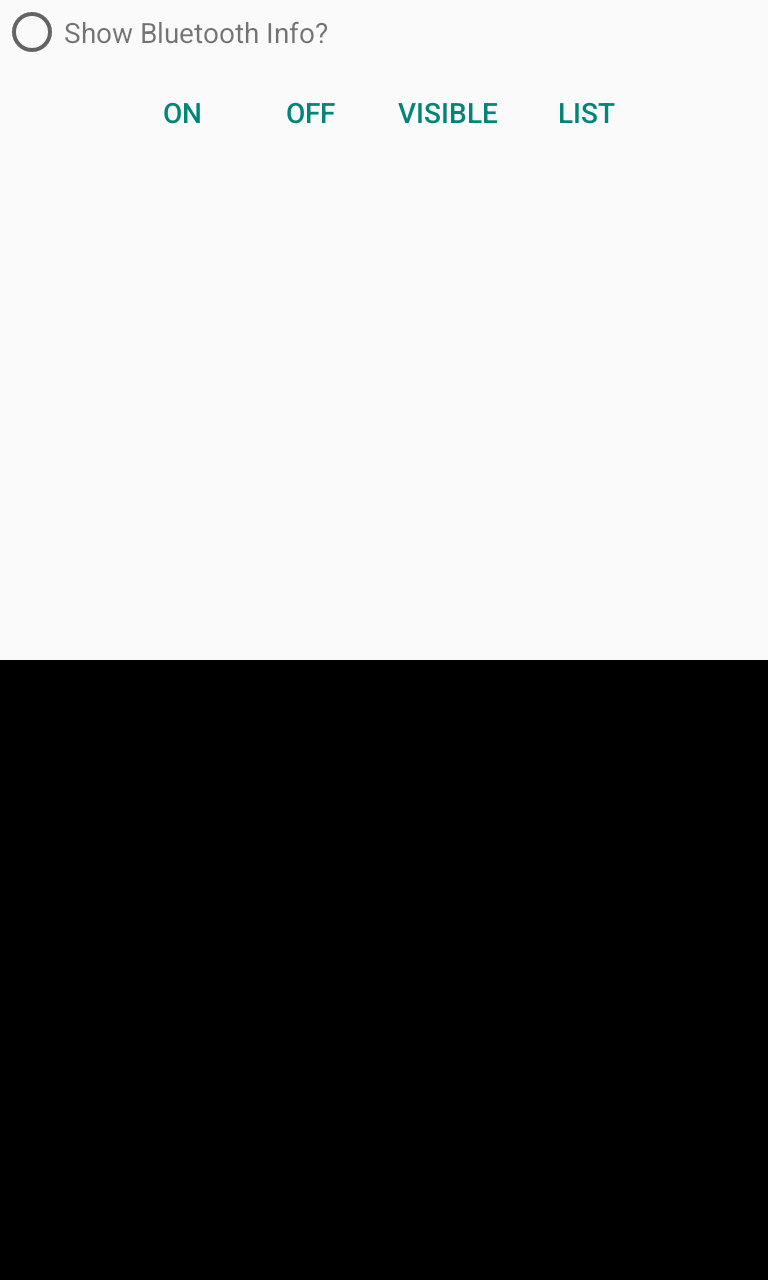
Repository: sdenom01/Anduino
Layout: Anduino/res/layout/activity_main.xml
An editor plug-in stored every save of this project. The layout is shown before and after the next save, followed by the edit.
It is drawn on a 768 x 1280 px phone screen (xhdpi) without system bars, with theme AppTheme; the app's code is not run. Lists and similar views that code fills are empty.

Above is the layout before, as saved 2014-07-08 21:27:48.

### Anduino/res/layout/activity_main.xml
<LinearLayout xmlns:android="http://schemas.android.com/apk/res/android"
    xmlns:tools="http://schemas.android.com/tools"
    android:layout_width="match_parent"
    android:layout_height="match_parent"
    android:orientation="vertical"
    tools:context="${packageName}.${activityClass}" >

    <LinearLayout
        android:id="@+id/bluetoothInformation"
        android:layout_width="match_parent"
        android:layout_height="wrap_content"
        android:layout_gravity="center_horizontal"
        android:orientation="horizontal" >

        <RadioButton
            android:id="@+id/bluetoothToggle"
            android:layout_width="wrap_content"
            android:layout_height="wrap_content" />

        <TextView
            android:id="@+id/bluetoothToggleTitle"
            android:layout_width="wrap_content"
            android:layout_height="wrap_content"
            android:text="@string/ToggleBluetooth" />
    </LinearLayout>

    <!-- Bluetooth Information goes here -->

    <LinearLayout
        android:id="@+id/bluetoothInformation"
        android:layout_width="wrap_content"
        android:layout_height="wrap_content"
        android:orientation="vertical" >

        <LinearLayout
            android:layout_width="wrap_content"
            android:layout_height="wrap_content"
            android:layout_gravity="center"
            android:orientation="horizontal" >

            <Button
                android:id="@+id/button1"
                style="?android:attr/buttonBarButtonStyle"
                android:layout_width="wrap_content"
                android:layout_height="wrap_content"
                android:clickable="true"
                android:onClick="on"
                android:text="@string/On" />

            <Button
                android:id="@+id/button2"
                style="?android:attr/buttonBarButtonStyle"
                android:layout_width="wrap_content"
                android:layout_height="wrap_content"
                android:clickable="true"
                android:onClick="off"
                android:text="@string/Off" />

            <Button
                android:id="@+id/button3"
                style="?android:attr/buttonBarButtonStyle"
                android:layout_width="wrap_content"
                android:layout_height="wrap_content"
                android:clickable="true"
                android:onClick="visible"
                android:text="@string/Visible" />

            <Button
                android:id="@+id/button4"
                style="?android:attr/buttonBarButtonStyle"
                android:layout_width="wrap_content"
                android:layout_height="wrap_content"
                android:clickable="true"
                android:onClick="list"
                android:text="@string/List" />
        </LinearLayout>

        <LinearLayout
            android:layout_width="wrap_content"
            android:layout_height="wrap_content"
            android:orientation="horizontal" >

            <ListView
                android:id="@+id/listView1"
                android:layout_width="wrap_content"
                android:layout_height="250dp" />
        </LinearLayout>
    </LinearLayout>

    <!-- Color Picker will go here -->

    <LinearLayout
        android:id="@+id/colorPicker"
        android:layout_width="match_parent"
        android:layout_height="match_parent"
        android:background="#000000"
        android:orientation="horizontal" >
    </LinearLayout>

</LinearLayout>

### Anduino/res/values/strings.xml
<?xml version="1.0" encoding="utf-8"?>
<resources>

    <string name="app_name">Anduino</string>
    <string name="On">On</string>
    <string name="Off">Off</string>
    <string name="Visible">Visible</string>
    <string name="List">List</string>
    <string name="ToggleBluetooth">Show Bluetooth Info?</string>
</resources>

Loaded but not shown: Anduino/res/values/styles.xml (common file); Anduino/res/values-v11/styles.xml (common file); Anduino/res/values-v14/styles.xml (common file)

After the next save:
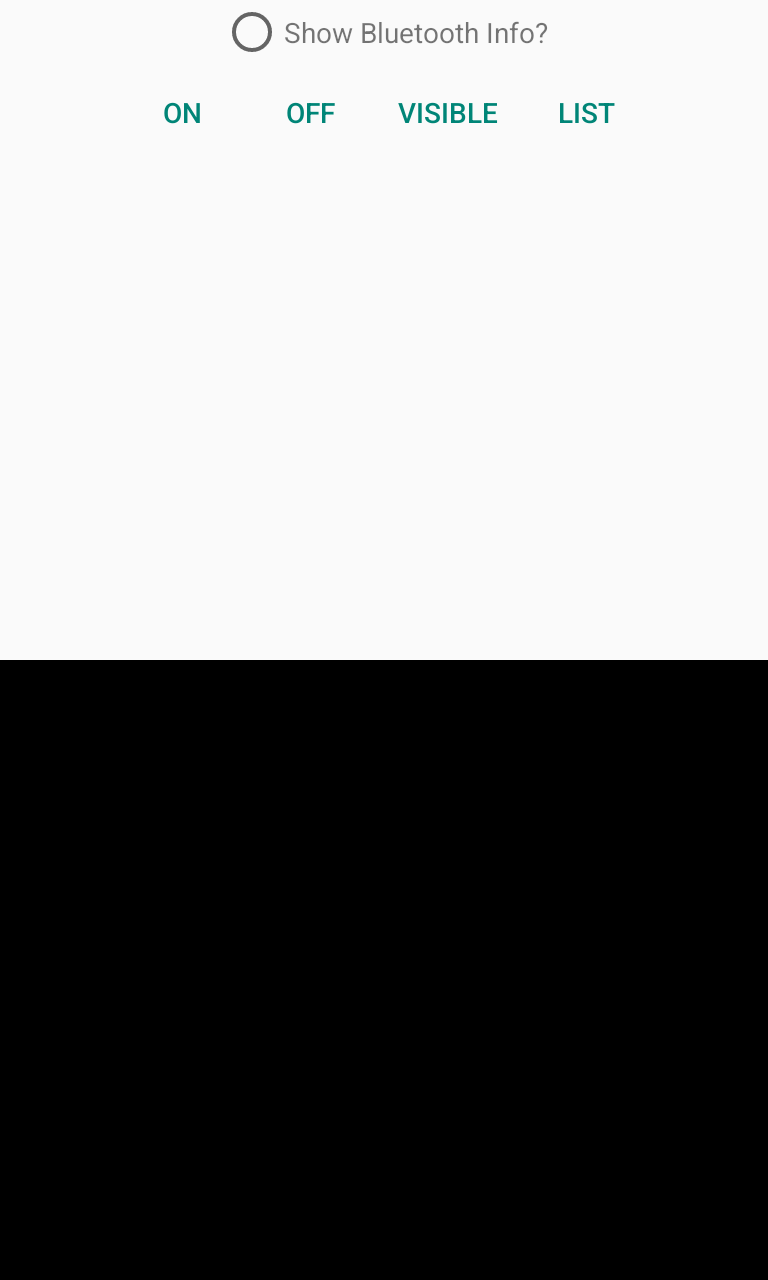
Saved 12 s later.
--- a/Anduino/res/layout/activity_main.xml
+++ b/Anduino/res/layout/activity_main.xml
@@ -9,7 +9,7 @@
         android:id="@+id/bluetoothInformation"
         android:layout_width="match_parent"
         android:layout_height="wrap_content"
-        android:layout_gravity="center_horizontal"
+        android:gravity="center_horizontal"
         android:orientation="horizontal" >
 
         <RadioButton
